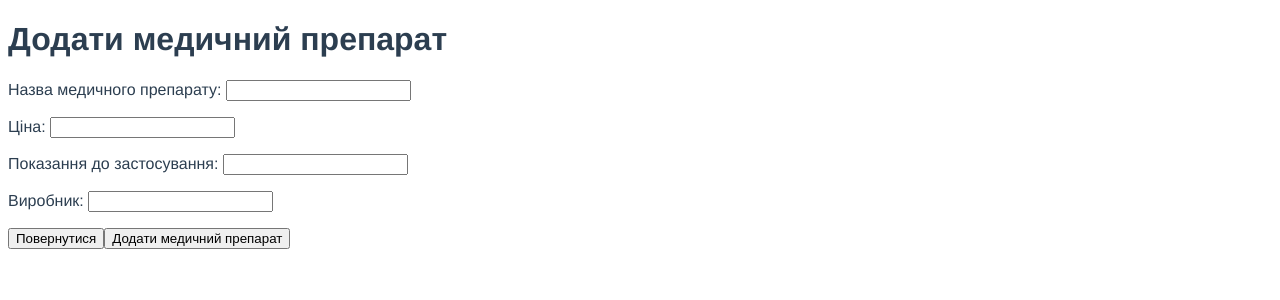
Repository: kristinap8/pharmacy
Page: /add_medicine
The author's editor kept a copy of each file at every save. The page is drawn from the files as they stood at one save, then again after the next save.
The browser window is 1280 px wide. The pictures show the whole page.
The project was rebuilt for these pictures with package versions that can differ from the ones it lists, and the page was loaded fresh each time. Also part of the build but not shown: src/components/EditMedicineForm/index.vue, src/pages/EditMedicine/index.vue, src/components/MedicinesList/MedicineCard/index.vue, src/components/MedicinesList/index.vue, src/pages/AllMedicines/index.vue, src/components/CartForm/index.vue, src/pages/Cart/index.vue.

Above is the page before, as saved 2020-12-09 23:22:53.

### src/main.js
import Vue from 'vue'
import App from './App.vue'
import router from "./router"
import store from "./store"

Vue.config.productionTip = false

new Vue({
  store,
  router,
  render: h => h(App),
}).$mount('#app')

### src/App.vue
<template>
  <div id="app">
    <router-view/>
  </div>
</template>

<script>
export default {
  name: "App",
  components: {},
};
</script>

<style>
#app {
  font-family: Avenir, Helvetica, Arial, sans-serif;
  -webkit-font-smoothing: antialiased;
  -moz-osx-font-smoothing: grayscale;
  color: #2c3e50;
}
</style>

### src/router.js
import Vue from "vue";
import VueRouter from "vue-router";
import AddMedicine from "@/pages/AddMedicine";
import EditMedicine from "@/pages/EditMedicine";
import AllMedicines from "@/pages/AllMedicines";
import Cart from "@/pages/Cart";

Vue.use(VueRouter);

const routes=[
    {
        path:'/',
        name:'all-medicines',
        component:AllMedicines
    },
    {
        path:'/edit_medicine/:medicine_id',
        name:'edit-medicine',
        component:EditMedicine
    },
    {
        path:'/add_medicine',
        name:'add-medicine',
        component:AddMedicine
    },
    {
        path:'/cart',
        name:'cart',
        component:Cart
    },

]

const router=new VueRouter({
    mode:"history",
    routes
});

export default router;

### src/store/index.js
import Vue from "vue";
import Vuex from "vuex";
import { v4 as uuid_v4 } from 'uuid'

Vue.use(Vuex)
const store=new Vuex.Store({
    state:{
      medicinesList:[
          {
              id:1,
              name:'Но-шпа',
              price:60.48,
              requirements:"Спазми гладкої мускулатури, пов'язані з захворюваннями біліарного тракту: холецистолітіаз, холангіолітіаз, холецистит, перихолецистит, холангіт, папіліт. Спазми гладкої мускулатури при захворюваннях сечового тракту: нефролітіаз, уретролітіаз, пієліт, цистит, тенезми сечового міхура.",
              maker:"Chinoin (Угорщина)"

          },
          {
            id:2,
            name:"Діазолін",
            price:19.19,
            requirements:"Профілактика і лікування сезонного та алергічного риніту, полінозу, кропив'янки, харчової та медикаментозної алергії, дерматозів, що супроводжуються свербежем шкіри (екзема, нейродерміт).",
            maker:"Фармак ОАО (Україна, Київ)"

        },
        {
            id:3,
            name:"Амоксил",
            price:81.77,
            requirements:"Інфекції органів дихання, сечостатевої системи, травного тракту (у тому числі у комбінації з метронідазолом або кларитроміцином застосовують для лікування захворювань, асоційованих із Helicobacter pylori), шкіри та м’яких тканин, спричинені чутливими до лікарського засобу мікроорганізмами.",
            maker:"Киевмедпрепарат ОАО (Україна, Київ)"

        }
      ],
      cart:[],
      cartItemsCount:0
    },
    mutations:{
        addMedicine(state, data) {
            state.medicinesList.push({
             id: uuid_v4(),
             ...data,
           })
         },
         deleteMedicine(state,id){
             let medicines=state.medicinesList.filter(medicine=>medicine.id!=id)
             state.medicinesList=medicines;
         },
         editMedicine(state,medicine){
             state.medicinesList.forEach(m=>{
                 if(m.id==medicine.id){
                     m=medicine;
                 }
             } )
         },
         addToCart(state,medicine){
            let isMedicineExists=state.cart.find(m => m.id == medicine.id);

            if (isMedicineExists) {
                isMedicineExists.quantity ++;
                isMedicineExists.totalPrice = (isMedicineExists.quantity * isMedicineExists.price).toFixed(2);
            } else {
                state.cart.push(medicine);

                Vue.set(medicine, 'quantity', 1);
                Vue.set(medicine, 'totalPrice', medicine.price);
            }
             state.cartItemsCount++
         },
         deleteItemFromCart(state,medicine){
            let index = state.cart.indexOf(medicine);
            if (index > -1) {
                let item= state.cart[index];
                state.cartItemsCount -= item.quantity;
                state.cart.splice(index, 1);
            }
         }
    },
    actions:{
        addMedicine({ commit }, medicine) {
            commit('addMedicine', medicine)
         },
          deleteMedicine({commit},id){
              commit('deleteMedicine',id)
          },
          editMedicine({commit},medicine){
              commit('editMedicine',medicine)
          },
          addToCart({commit},medicine){
              commit('addToCart',medicine)
          },
          deleteItemFromCart({commit},medicine){
              commit("deleteItemFromCart",medicine)
          }

    },
    getters:{
        getMedicines:(state)=> state.medicinesList,
        getMedicineById:(state)=>(id)=>{return state.medicinesList.find(m=>m.id===id)},
        getMedicinesInCart:(state)=>state.cart,
     },
    modules:{

    }
})

export default store

### src/pages/AddMedicine/index.vue
<template>
    <div>
       <add-medicine-form/>
    </div>
</template>

<script>
import AddMedicineForm from "../../components/AddMedicineForm"
    export default {
        name:"AddMedicine",
        components: {
            AddMedicineForm,
        },
    }
</script>

<style lang="scss" scoped>

</style>

### src/components/AddMedicineForm/index.vue
<template>
    <div class="form">
        <h1>Додати медичний препарат</h1>
      <p>
    <label class="form">
        Назва медичного препарату:
        <input type="text" v-model="name"/>
    </label>
    </p>
    <p>
    <label>
        Ціна:
        <input type="number" v-model="price"/>
    </label>
    </p>
    <p>
    <label>
        Показання до застосування:
        <input type="text" v-model="requirements"/>
    </label>
    </p>
    <p>
    <label>
        Виробник:
        <input type="text" v-model="maker"/>
    </label>
    </p>
    <p>
    <router-link to="/" tag="button" >Повернутися</router-link>
    <button @click="onAddMedicine" >
        Додати медичний препарат
    </button>
    </p>
    </div>
</template>

<script>
import { mapActions } from 'vuex'

    export default {
        name:"AddMedicineForm",
        data() {
            return {
            name: null,
            price: null,
            requirements: null,
            maker: null,
            }
        },
        methods: {
            ...mapActions(['addMedicine']),
            onAddMedicine() {
                const{name,price,requirements,maker}=this
                this.addMedicine({
                    name,
                    price,
                    requirements,
                    maker
                })
                this.$router.push('/')
            }
        },
    }
</script>

<style lang="scss" scoped>
.form{
    text-align: justify;
}
</style>

Loaded but not shown: public/index.html (common file)

After the next save:
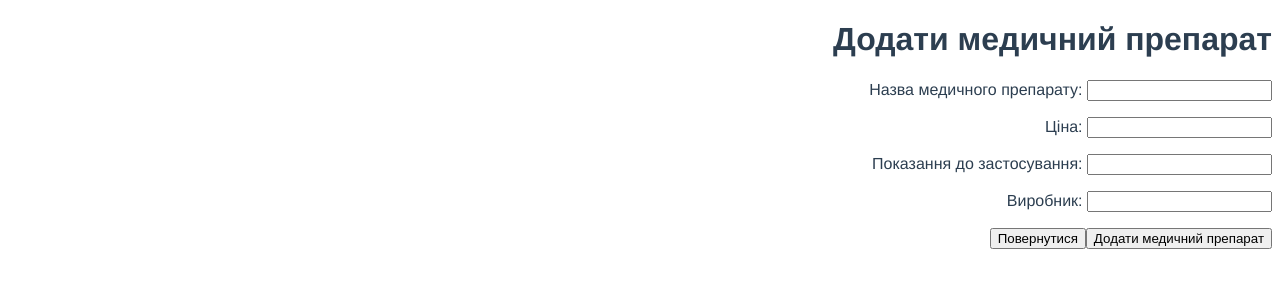
Saved 11 s later.
--- a/src/components/AddMedicineForm/index.vue
+++ b/src/components/AddMedicineForm/index.vue
@@ -65,6 +65,6 @@ import { mapActions } from 'vuex'
 
 <style lang="scss" scoped>
 .form{
-    text-align: justify;
+    text-align: right;
 }
 </style>
